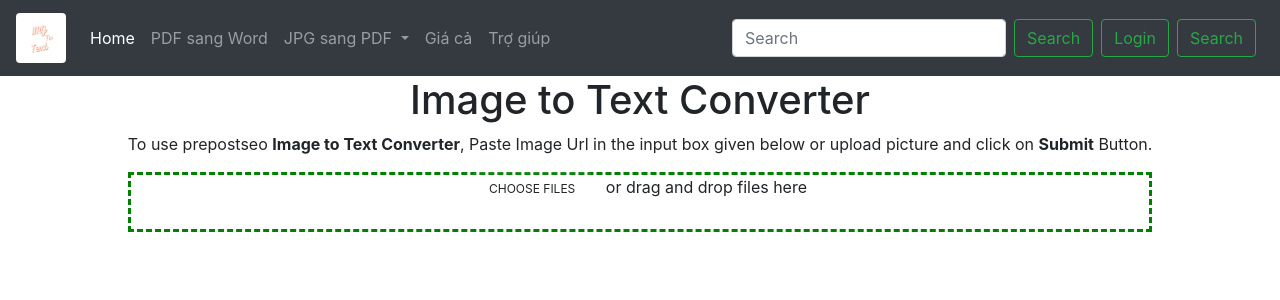
Repository: Tung1227/PBL6-2022
Page: index.html
These files come from the project's save history. The page is drawn as it stood at one moment and after the next save; the edit follows.
The browser window is 1280 px wide. The pictures show the whole page.

Above is the page before, as saved 2022-09-16 20:55:43.

### index.html
<!doctype html>
<html lang="en">

<head>
    <title>Title</title>
    <!-- Required meta tags -->
    <meta charset="utf-8">
    <meta name="viewport" content="width=device-width, initial-scale=1, shrink-to-fit=no">

    <!-- Bootstrap CSS -->
    <link rel="stylesheet" href="https://stackpath.bootstrapcdn.com/bootstrap/4.3.1/css/bootstrap.min.css"
        integrity="sha384-ggOyR0iXCbMQv3Xipma34MD+dH/1fQ784/j6cY/iJTQUOhcWr7x9JvoRxT2MZw1T" crossorigin="anonymous">
    <link rel="stylesheet" href="public/css/index.css">
</head>

<body>
    <nav class="navbar navbar-expand-lg navbar-dark bg-dark">
        <a class="navbar-brand" href="#">
            <img class="rounded" src="public/img/logo.png" width="50" height="50" alt="">
        </a>
        <button class="navbar-toggler" type="button" data-toggle="collapse" data-target="#navbarSupportedContent"
            aria-controls="navbarSupportedContent" aria-expanded="false" aria-label="Toggle navigation">
            <span class="navbar-toggler-icon"></span>
        </button>

        <div class="collapse navbar-collapse" id="navbarSupportedContent">
            <ul class="navbar-nav mr-auto">
                <li class="nav-item active">
                    <a class="nav-link" href="#">Home <span class="sr-only">(current)</span></a>
                </li>
                <li class="nav-item">
                    <a class="nav-link" href="#">PDF sang Word</a>
                </li>
                <li class="nav-item dropdown">
                    <a class="nav-link dropdown-toggle" href="#" id="navbarDropdown" role="button"
                        data-toggle="dropdown" aria-haspopup="true" aria-expanded="false">
                        JPG sang PDF
                    </a>
                    <div class="dropdown-menu" aria-labelledby="navbarDropdown">
                        <a class="dropdown-item" href="#">Action</a>
                        <a class="dropdown-item" href="#">Another action</a>
                        <div class="dropdown-divider"></div>
                        <a class="dropdown-item" href="#">Something else here</a>
                    </div>
                </li>
                <li class="nav-item">
                    <a class="nav-link" href="#">Giá cả</a>
                </li>
                <li class="nav-item">
                    <a class="nav-link" href="#">Trợ giúp</a>
                </li>
            </ul>
            <form class="form-inline my-2 my-lg-0 ">
                <input class="form-control mr-sm-2" type="search" placeholder="Search" aria-label="Search">
                <button class="btn btn-outline-success my-2 my-sm-0 mr-sm-2" type="submit">Search</button>
                <button class="btn btn-outline-success my-2 my-sm-0 mr-sm-2" type="submit">Login</button>
                <button class="btn btn-outline-success my-2 my-sm-0 mr-sm-2" type="submit">Search</button>
            </form>
        </div>
    </nav>
    <div class="container d-flex justify-content-center mt-100">
        <div class="row">
            <div class="col-xs-1-12 text-center">
                <h1 class="">Image to Text Converter</h1>
                <p class="text16">To use prepostseo <strong>Image to Text Converter</strong>, Paste Image Url in the
                    input
                    box given below or upload picture and click on <strong>Submit</strong> Button.</p>
                <div class="file-drop-area">
                    <span class="choose-file-button">Choose files</span>
                    <span class="file-message">or drag and drop files here</span>
                    <input class="file-input" type="file" multiple>
                </div>
            </div>
        </div>
    </div>
    <!-- Optional JavaScript -->
    <!-- jQuery first, then Popper.js, then Bootstrap JS -->
    <script src="https://code.jquery.com/jquery-3.3.1.slim.min.js"
        integrity="sha384-q8i/X+965DzO0rT7abK41JStQIAqVgRVzpbzo5smXKp4YfRvH+8abtTE1Pi6jizo"
        crossorigin="anonymous"></script>
    <script src="https://cdnjs.cloudflare.com/ajax/libs/popper.js/1.14.7/umd/popper.min.js"
        integrity="sha384-UO2eT0CpHqdSJQ6hJty5KVphtPhzWj9WO1clHTMGa3JDZwrnQq4sF86dIHNDz0W1"
        crossorigin="anonymous"></script>
    <script src="https://stackpath.bootstrapcdn.com/bootstrap/4.3.1/js/bootstrap.min.js"
        integrity="sha384-JjSmVgyd0p3pXB1rRibZUAYoIIy6OrQ6VrjIEaFf/nJGzIxFDsf4x0xIM+B07jRM"
        crossorigin="anonymous"></script>
</body>

</html>

### public/css/index.css
* {
    padding: 0px;
    margin: 0px;
}

.file-drop-area {
    border: dashed green;
}

.file-input {
    height: 100%;
    width: 100%;
    cursor: pointer;
    opacity: 0;
}

.choose-file-button {
    flex-shrink: 0;
    background-color: rgba(255, 255, 255, 0.04);
    border: 1px solid rgba(255, 255, 255, 0.1);
    border-radius: 3px;
    padding: 8px 15px;
    margin-right: 10px;
    font-size: 12px;
    text-transform: uppercase;
}

After the next save:
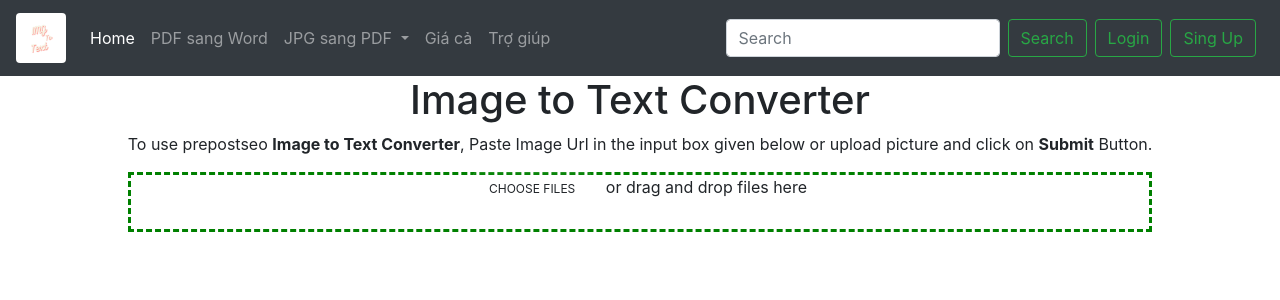
Saved 8 s later.
--- a/index.html
+++ b/index.html
@@ -54,7 +54,7 @@
                 <input class="form-control mr-sm-2" type="search" placeholder="Search" aria-label="Search">
                 <button class="btn btn-outline-success my-2 my-sm-0 mr-sm-2" type="submit">Search</button>
                 <button class="btn btn-outline-success my-2 my-sm-0 mr-sm-2" type="submit">Login</button>
-                <button class="btn btn-outline-success my-2 my-sm-0 mr-sm-2" type="submit">Search</button>
+                <button class="btn btn-outline-success my-2 my-sm-0 mr-sm-2" type="submit">Sing Up</button>
             </form>
         </div>
     </nav>
